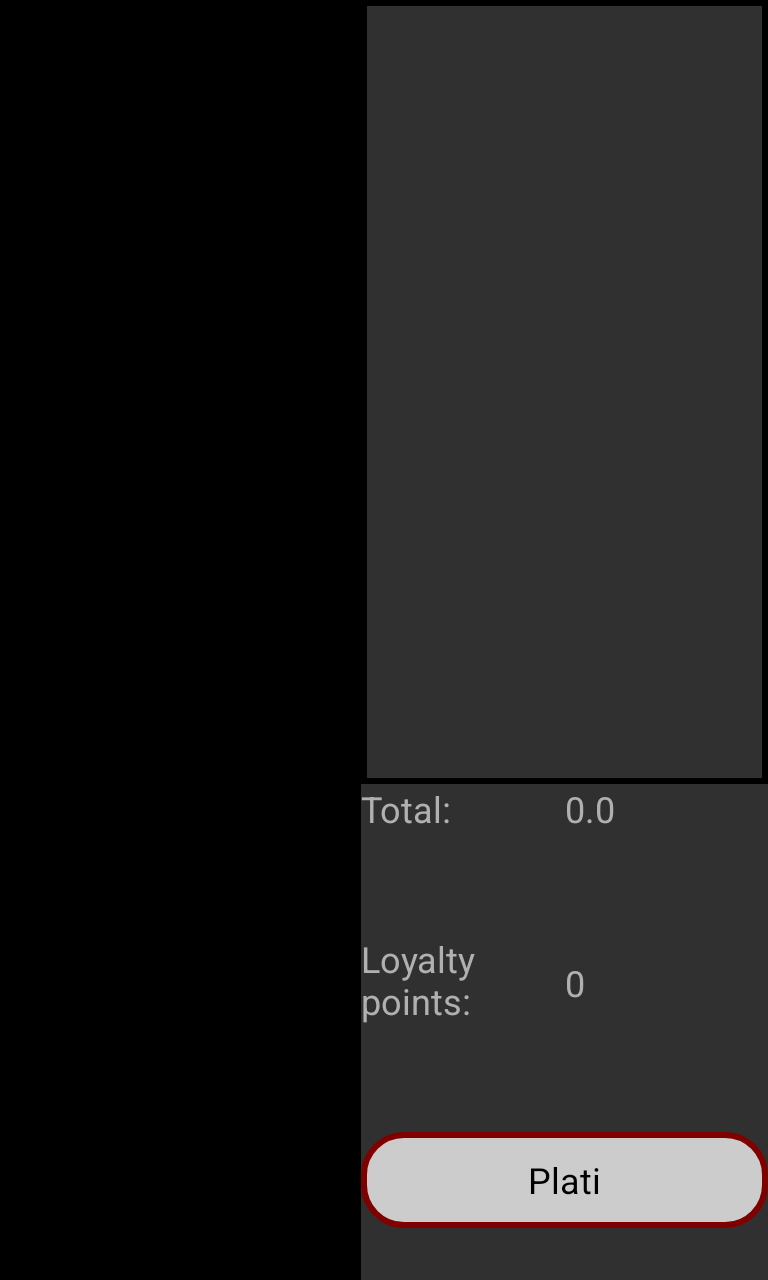
Repository: dzenisahusic/AndroidApp
Layout: Edit2014Sales/res/layout/fragment_kasa.xml
The author's editor kept a copy of each file at every save. The layout is drawn from the files as they stood at one save, then again after the next save.
It is drawn on a 768 x 1280 px phone screen (xhdpi) without system bars, with theme AppTheme; the app's code is not run. Lists and similar views that code fills are empty.

Above is the layout before, as saved 2014-07-15 18:37:29.

### Edit2014Sales/res/layout/fragment_kasa.xml
<RelativeLayout xmlns:android="http://schemas.android.com/apk/res/android"
    xmlns:tools="http://schemas.android.com/tools"
    android:id="@+id/layoutKasa"
    android:layout_width="match_parent"
    android:layout_height="fill_parent"
    tools:context="${relativePackage}.${activityClass}" >

    <RelativeLayout
        android:layout_width="match_parent"
        android:layout_height="match_parent"
        android:layout_alignParentBottom="true"
        android:layout_alignParentLeft="true"
        android:layout_alignParentRight="true"
        android:layout_alignParentTop="true"
        >

        <!-- Glavni layout -->
        <LinearLayout
            android:layout_width="fill_parent"
            android:layout_height="fill_parent"
            android:layout_weight="6"
            android:shape="rectangle"
            android:color="#000000"
            android:layout_alignParentLeft="true"
            android:layout_alignParentTop="true"
            android:background="#000000" >

            <!-- Desni layout -->

            <LinearLayout
                android:layout_width="238dp"
                android:layout_height="fill_parent"
                android:layout_weight="3"

                android:orientation="vertical"
                >

                <ListView android:id="@+id/list"
                                    android:layout_width="fill_parent"
                                    android:layout_height="fill_parent"
                                    />


            </LinearLayout>

            <!-- Lijevi layout -->
            <LinearLayout
                android:layout_width="261dp"
                android:layout_height="fill_parent"
                android:background="#303030"
                android:orientation="vertical"
                android:layout_weight="3" >

                                <!-- Gornji layout -->

                <LinearLayout
                    android:layout_width="fill_parent"
                    android:layout_height="184dp"
                    android:layout_weight="2"

                    android:orientation="vertical"
                     android:background="@drawable/krug"
                     >

                    <ListView android:id="@+id/list_racun"
    android:layout_width="fill_parent"
    android:layout_height="fill_parent"
    android:divider="#FFFFFF"

        							android:dividerHeight="4px"/>

                </LinearLayout>

                                <!-- Donji layout -->

                <LinearLayout
                    android:layout_width="fill_parent"
                    android:layout_height="wrap_content"
                    android:layout_weight="1"
                    android:background="#303030"
                    android:orientation="horizontal" >

                    <LinearLayout
                        android:layout_width="fill_parent"
                        android:layout_height="match_parent"
                        android:layout_weight="0.5"
                        android:background="#303030"
                        android:orientation="vertical" >

                        <LinearLayout
                            android:layout_width="match_parent"
                            android:layout_height="wrap_content"
                            android:layout_weight="0.24"
                            android:orientation="vertical" >

                            <TextView
                                android:id="@+id/textTotal"
                                android:layout_width="wrap_content"
                                android:layout_height="wrap_content"
                                android:textColor="#B0B0B0"
                                android:text="Total:"
                                android:clickable="true"
                                 android:onClick = "onClickmyTextView"
                                android:textAppearance="?android:attr/textAppearanceMedium" />

                        </LinearLayout>

                        <LinearLayout
                            android:layout_width="match_parent"
                            android:layout_height="wrap_content"
                            android:layout_weight="0.25"
                            android:orientation="vertical" >

                            <TextView
                                android:id="@+id/textLoyalty"
                                android:layout_width="wrap_content"
                                android:layout_height="wrap_content"
                                android:textColor="#B0B0B0"
                                android:text="Loyalty points:"
                                android:textAppearance="?android:attr/textAppearanceMedium" />

                        </LinearLayout>

                    </LinearLayout>

                     <LinearLayout
                         android:layout_width="fill_parent"
                         android:layout_height="match_parent"
                         android:layout_weight="0.5"
                         android:background="#303030"
                         android:orientation="vertical" >

                         <LinearLayout
                             android:layout_width="match_parent"
                             android:layout_height="wrap_content"
                             android:layout_weight="0.25"
                             android:textColor="#B0B0B0"
                             android:orientation="vertical" >

                             <TextView
                                 android:id="@+id/total"
                                 android:layout_width="wrap_content"
                                 android:layout_height="wrap_content"
                                 android:text="0.0"
                                 android:textColor="#B0B0B0"
                                 android:textAppearance="?android:attr/textAppearanceMedium" />

                         </LinearLayout>

                         <LinearLayout
                             android:layout_width="match_parent"
                             android:layout_height="wrap_content"
                             android:layout_weight="0.25"
                             android:orientation="vertical" >

                             <TextView
                                 android:id="@+id/loyalty"
                                 android:layout_width="wrap_content"
                                 android:layout_height="wrap_content"
                                 android:textColor="#B0B0B0"
                                 android:text="0"
                                 android:textAppearance="?android:attr/textAppearanceMedium" />

                         </LinearLayout>


                    </LinearLayout>



                </LinearLayout>

  <LinearLayout
                             android:layout_width="match_parent"
                             android:layout_height="wrap_content"
                             android:layout_weight="0.25"
                             android:orientation="horizontal" >

                           <Button
                    android:id="@+id/plati"
                    android:layout_width="fill_parent"
                    android:layout_height="wrap_content"
                    android:text="Plati"
                    android:background="@drawable/rounded_corner_top"/>

                         </LinearLayout>
            </LinearLayout>

        </LinearLayout>

    </RelativeLayout>

</RelativeLayout>

### Edit2014Sales/res/values/styles.xml
<resources>

    <!--
        Base application theme, dependent on API level. This theme is replaced
        by AppBaseTheme from res/values-vXX/styles.xml on newer devices.
    -->
    <style name="AppBaseTheme" parent="android:Theme.Light">
        <!--
            Theme customizations available in newer API levels can go in
            res/values-vXX/styles.xml, while customizations related to
            backward-compatibility can go here.
        -->
    </style>

    <!-- Application theme. -->
    <style name="AppTheme" parent="AppBaseTheme">
        <!-- All customizations that are NOT specific to a particular API-level can go here. -->
    </style>
 <style name="Animations" />

    <style name="Animations.PopDownMenu" />

    <style name="Animations.PopDownMenu.Left">
        <item name="@android:windowEnterAnimation">@anim/grow_from_topleft_to_bottomright</item>
        <item name="@android:windowExitAnimation">@anim/shrink_from_bottomright_to_topleft</item>
    </style>


    <style name="Animations.PopUpMenu" />

    <style name="Animations.PopUpMenu.Left">
        <item name="@android:windowEnterAnimation">@anim/grow_from_bottomleft_to_topright</item>
        <item name="@android:windowExitAnimation">@anim/shrink_from_topright_to_bottomleft</item>
    </style>
</resources>

### Edit2014Sales/res/drawable-hdpi/krug.xml
<?xml version="1.0" encoding="UTF-8"?>

  <shape xmlns:android="http://schemas.android.com/apk/res/android" android:shape="rectangle">
  <stroke
        android:width="3dp"
        android:color="#000000" >
    </stroke>
</shape>

### Edit2014Sales/res/drawable-hdpi/rounded_corner_top.xml
<?xml version="1.0" encoding="UTF-8"?>

  <shape xmlns:android="http://schemas.android.com/apk/res/android" android:shape="rectangle">
  <corners android:radius="20dp"/>
  <solid android:color="#CCCCCC"/>
  <stroke
        android:width="3dp"
        android:color="#800000" >
    </stroke>
</shape>

Loaded but not shown: Edit2014Sales/res/values-v11/styles.xml (common file); Edit2014Sales/res/values-v14/styles.xml (common file)

After the next save:
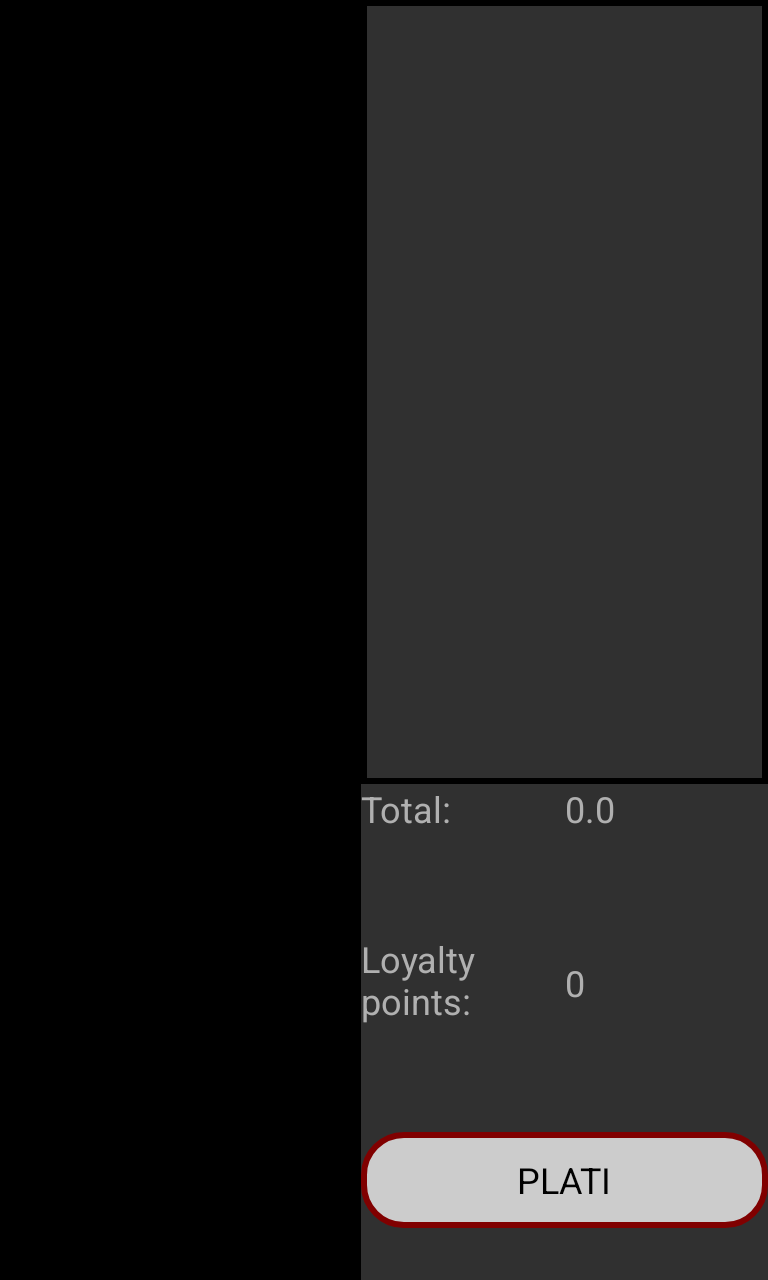
Saved 6 min 45 s later.
--- a/Edit2014Sales/res/layout/fragment_kasa.xml
+++ b/Edit2014Sales/res/layout/fragment_kasa.xml
@@ -180,7 +180,7 @@
                     android:id="@+id/plati"
                     android:layout_width="fill_parent"
                     android:layout_height="wrap_content"
-                    android:text="Plati"
+                    android:text="PLATI"
                     android:background="@drawable/rounded_corner_top"/>
 
                          </LinearLayout>
